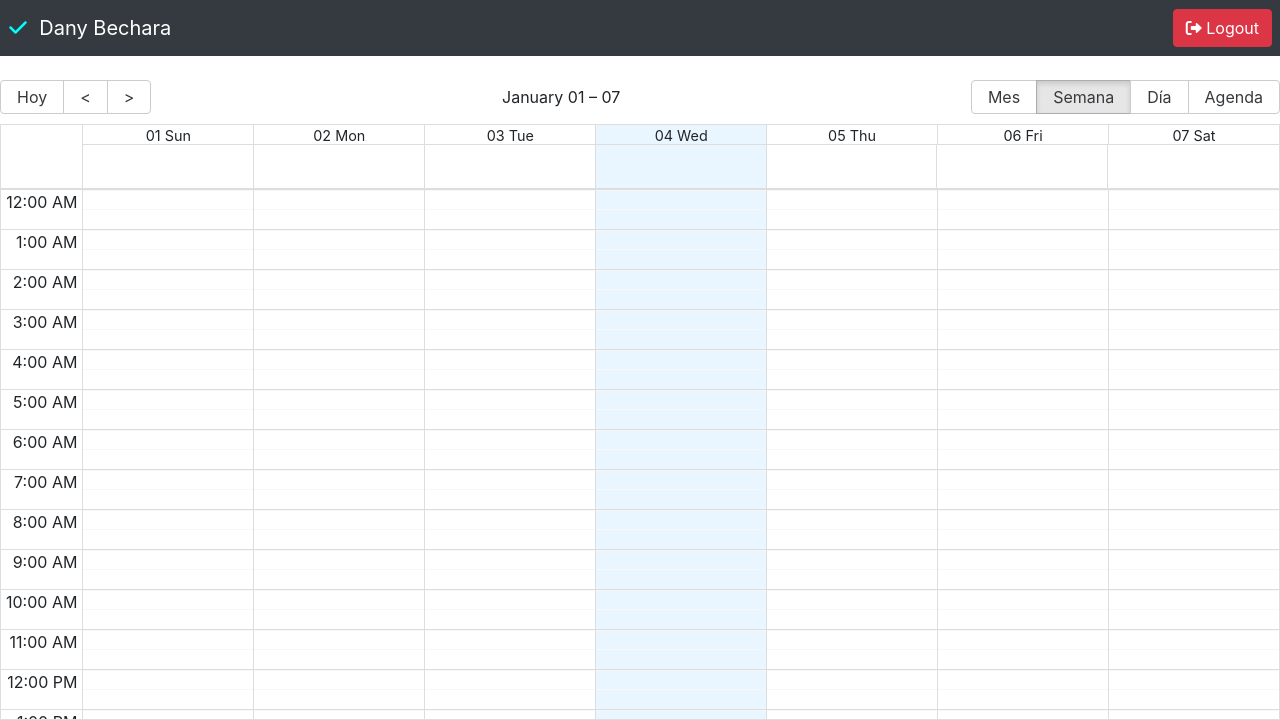
Repository: bechara611/calendar-frontend
Page: /
These files come from the project's save history. The page is drawn as it stood at one moment and after the next save; the edit follows.
The browser window is 1280 px wide. The pictures show the whole page.
An inner scrolling area shows only its first screen. The project was rebuilt for these pictures with package versions that can differ from the ones it lists, and the page was loaded fresh each time. Also part of the build but not shown: vite.config.js. Imported but missing from the stored project, and not drawn on this page: src/auth.

Above is the page before, as saved 2023-01-04 19:48:59.

### index.html
<!DOCTYPE html>
<html lang="en">
  <head>
    <meta charset="UTF-8" />
    <link rel="icon" type="image/svg+xml" href="/vite.svg" />
    <meta name="viewport" content="width=device-width, initial-scale=1.0" />
    <title>CalendarDB</title>
    <link rel="stylesheet" href="https://cdn.jsdelivr.net/npm/bootstrap@4.5.3/dist/css/bootstrap.min.css" integrity="sha384-TX8t27EcRE3e/ihU7zmQxVncDAy5uIKz4rEkgIXeMed4M0jlfIDPvg6uqKI2xXr2" crossorigin="anonymous">
    <link rel="stylesheet" href="https://cdnjs.cloudflare.com/ajax/libs/font-awesome/6.2.1/css/all.min.css" integrity="sha512-MV7K8+y+gLIBoVD59lQIYicR65iaqukzvf/nwasF0nqhPay5w/9lJmVM2hMDcnK1OnMGCdVK+iQrJ7lzPJQd1w==" crossorigin="anonymous" referrerpolicy="no-referrer" />
  </head>
  <body>
    <div id="root"></div>
    <script type="module" src="/src/main.jsx"></script>
  </body>
</html>

### src/main.jsx
import React from 'react'
import ReactDOM from 'react-dom/client'
import { BrowserRouter } from 'react-router-dom'
import { CalendarApp } from './CalendarApp'
import './styles.css'

ReactDOM.createRoot(document.getElementById('root')).render(


    <BrowserRouter>
      <CalendarApp />
    </BrowserRouter>

)

### src/CalendarApp.jsx
import React from 'react'
import { AppRouter } from './router/AppRouter'

export const CalendarApp = () => {
  return (
   <AppRouter></AppRouter>
  )
}

### src/styles.css
:root {
    --ColorAzul: blue;
  }

### src/router/AppRouter.jsx
import React from 'react'
import { Navigate, Route, Routes } from 'react-router-dom'
import { LoginPages } from '../auth/'
import { CalendarPages } from '../calendar/'


export const AppRouter = () => {
 // const authStatus = 'not-authenticated'
  const authStatus = 'authenticated'
  return (
    <Routes>
      {
        (authStatus === 'not-authenticated'
          ? <Route path='/auth/*' element={<LoginPages></LoginPages>}></Route>
          : <Route path='/*' element={<CalendarPages></CalendarPages>}></Route>
        )
      }
      <Route path='/*' element={<Navigate to={'/auth/login'}></Navigate>}></Route>

    </Routes>
  )
}

### src/calendar/index.js
export * from './pages/CalendarPages'
export * from './components/NavBar'

### src/calendar/pages/CalendarPages.jsx

import 'react-big-calendar/lib/css/react-big-calendar.css'
import React, { useState } from 'react'
import { Calendar } from 'react-big-calendar'
import { NavBar } from '../components/NavBar'
import { localizer } from '../../helpers/'
import { getMessages } from '../../helpers/Messages'
import { CalendarEvent } from '../components/CalendarEvent'
import { addHours } from "date-fns";

export const Events = [{
  title: 'Cumple de dany',
  notes: 'Torta para Dany',
  start: new Date(),
  end: addHours(new Date(), 3),
  bgColor: '#fafafa',
  user: {
    id: '123',
    name: 'Dany Bechara'
  }
}]




export const CalendarPages = () => {

const [lastView, setlastView] = useState(localStorage.getItem('lastview')|| 'week')

const onDoubleClick = (evento) => {
  console.log({ doubleClick: evento })
}
const onClick = (evento) => {
  console.log({ Click: evento })
}
const onViewChange = (evento) => {

  localStorage.setItem('lastview',evento)
  setlastView(localStorage.getItem('lastview'));
}

const eventStyleGetter = (event, start, end, isSelected) => {
  const style = {
    backgroundColor: isSelected ?  '#347CF7' : '',
    borderRadius: '0px',
    fontSize:'12px',
    opacity: 0.8,
    color: 'white'
  }
    return { style }
}
  return (
    <>
      <NavBar></NavBar>
      <Calendar
      view={lastView}
        localizer={localizer}
        events={Events}
        startAccessor="start"
        endAccessor="end"
        messages={getMessages()}
        style={{ height: 'calc( 100vh - 80px )' }}
        eventPropGetter={eventStyleGetter}
        components={{
          event: CalendarEvent
        }}
        onDoubleClickEvent={onDoubleClick}
        onSelectEvent={onClick}
        onView={onViewChange}
      />

    </>

  )
}

### src/calendar/components/NavBar.jsx
import React from 'react'
import './NavBar.css'
export const NavBar = () => {
  return (
    <div className="navbar navbar-dark bg-dark mb-4 px-2">
    <span className='navbar-brand'>

    <i className="fa-sharp fa-solid fa-check icono"></i>

    &nbsp;
    Dany Bechara
    </span>
    <button className='btn btn-danger '>
    <i className="fa-solid fa-right-from-bracket"></i>

    <span> Logout</span>
    </button>
    </div>
  )
}

### src/helpers/index.js
export * from './CalendarLocalizer'

### src/helpers/Messages.js
export const getMessages =()=>{
    return {
        allDay: 'Todo el día',
        previous: '<',
        next: '>',
        today: 'Hoy',
        month: 'Mes',
        week: 'Semana',
        day: 'Día',
        agenda: 'Agenda',
        date: 'Fecha',
        time: 'Hora',
        event: 'Evento',
        noEventsInRange: 'No hay eventos en este rango',
        showMore: total => `+ Ver más (${total})`
    };
}

### src/calendar/components/CalendarEvent.jsx
import React from 'react'

export const CalendarEvent = ({ event }) => {

    const { title, user } = event
    return (
        <>
            <strong>{title}</strong>
            <span> - {user.name}</span>
        </>)
}

### src/calendar/components/NavBar.css
.icono{
color: aqua;
}

### src/helpers/CalendarLocalizer.js
import {format,parse,startOfWeek,getDay} from 'date-fns'
import enUS from 'date-fns/locale/en-US'
import { dateFnsLocalizer } from 'react-big-calendar'

const locales = {
    'en-US': enUS,
  }

 export const localizer = dateFnsLocalizer({
    format,
    parse,
    startOfWeek,
    getDay,
    locales,
  })

### src/calendar/components/CalendarModal.jsx
import React from 'react'
import ReactModal from 'react-modal'
import Modal from 'react-modal'

const customStyles = {
    content: {
      top: '50%',
      left: '50%',
      right: 'auto',
      bottom: 'auto',
      marginRight: '-50%',
      transform: 'translate(-50%, -50%)',
    },
  };
export const CalendarModal = () => {
    return (
        <>
            <Modal
                isOpen={true}
            ></Modal>
        </>
    )
}

After the next save:
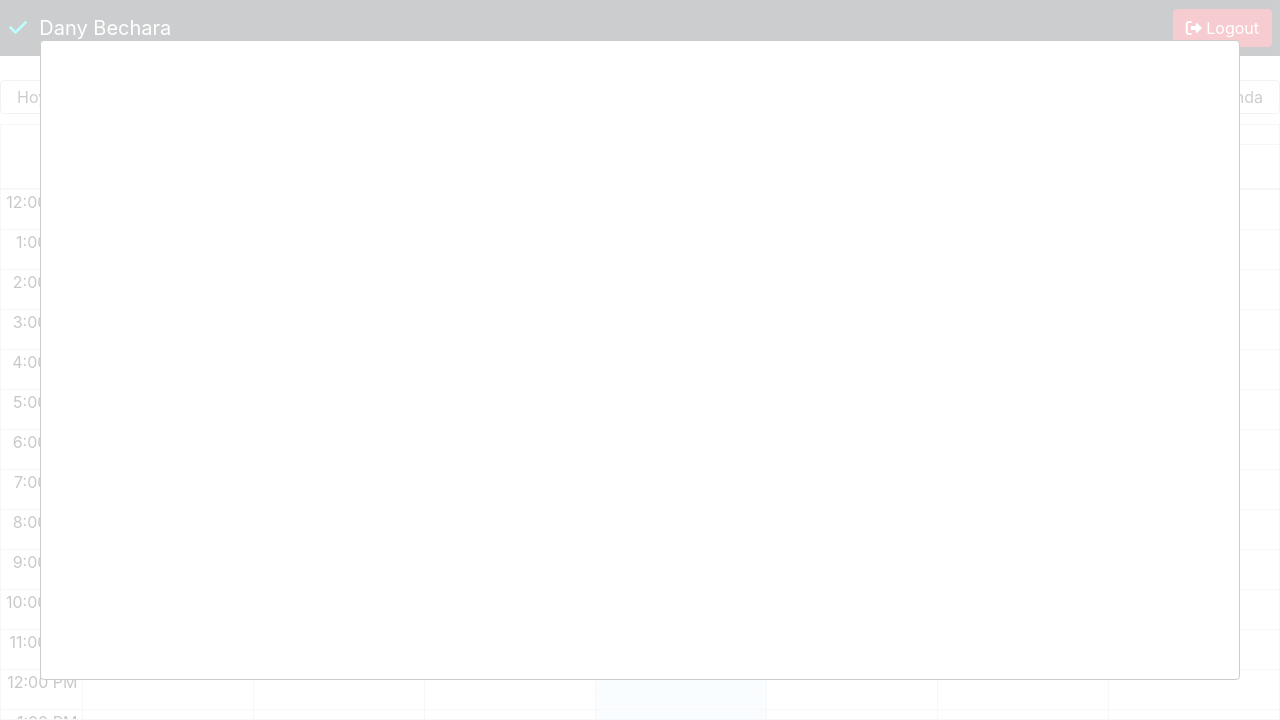
Saved 3 min 31 s later.
--- a/src/calendar/pages/CalendarPages.jsx
+++ b/src/calendar/pages/CalendarPages.jsx
@@ -7,6 +7,7 @@
 import { getMessages } from '../../helpers/Messages'
 import { CalendarEvent } from '../components/CalendarEvent'
 import { addHours } from "date-fns";
+import { CalendarModal } from '../components/CalendarModal'
 
 export const Events = [{
   title: 'Cumple de dany',
@@ -68,7 +69,7 @@
         onSelectEvent={onClick}
         onView={onViewChange}
       />
-
+      <CalendarModal></CalendarModal>
     </>
 
   )

After the 3 saves that followed:
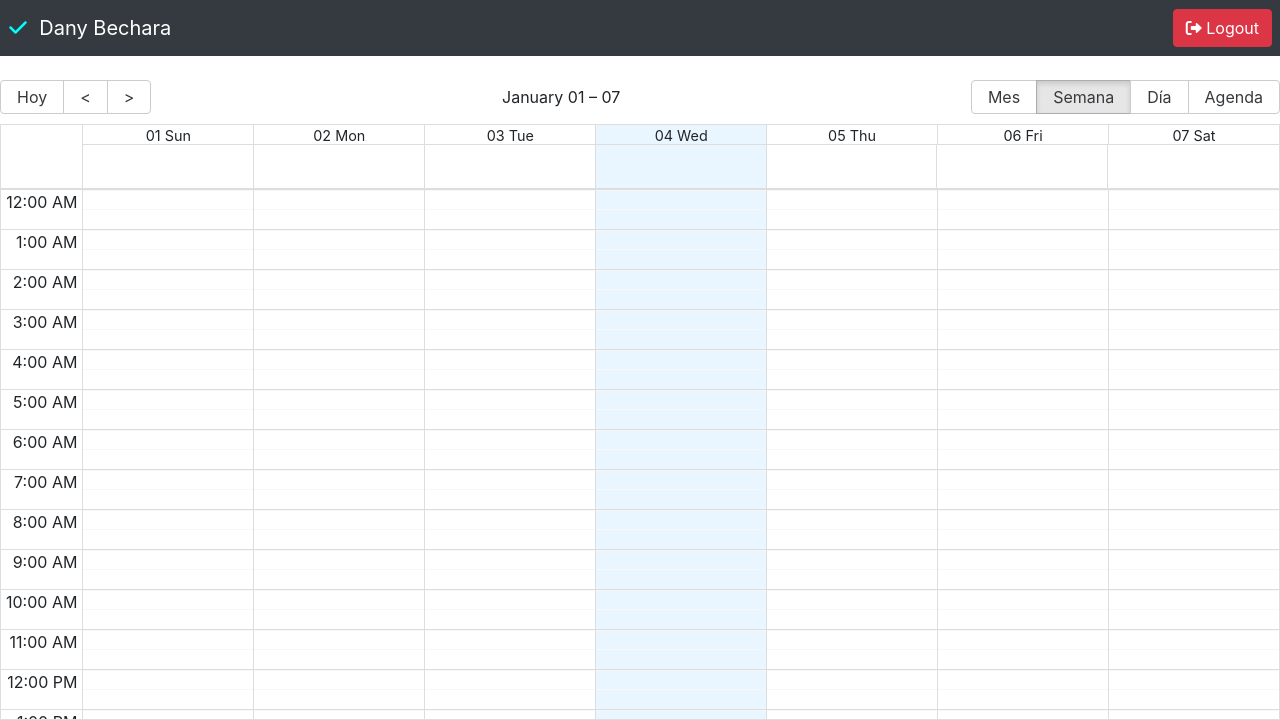
The 3 saves are shown as one change because 2 left the picture as it was.
The last was saved 60 s later.
--- a/src/calendar/pages/CalendarPages.jsx
+++ b/src/calendar/pages/CalendarPages.jsx
@@ -69,7 +69,7 @@
         onSelectEvent={onClick}
         onView={onViewChange}
       />
-      <CalendarModal></CalendarModal>
+
     </>
 
   )
--- a/src/calendar/components/CalendarModal.jsx
+++ b/src/calendar/components/CalendarModal.jsx
@@ -1,7 +1,6 @@
 import React from 'react'
 import ReactModal from 'react-modal'
 import Modal from 'react-modal'
-
 const customStyles = {
     content: {
       top: '50%',
